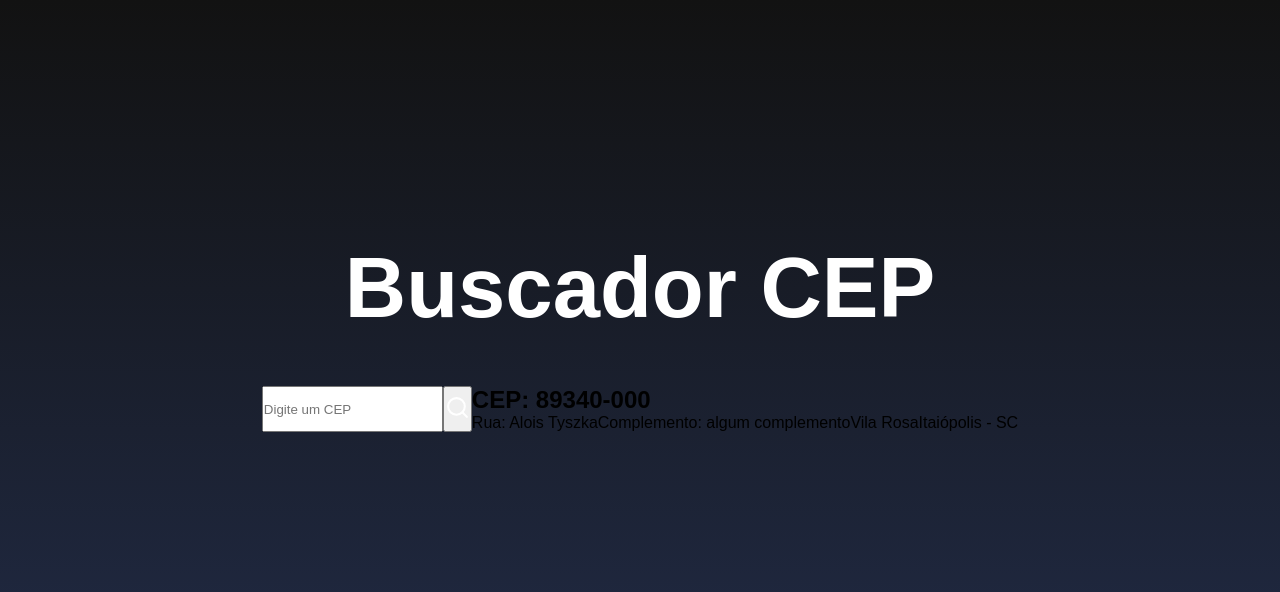
Repository: WelyntonRenan/buscador-cep
Page: / (app in buscador/)
An editor plug-in stored every save of this project. The page is shown before and after the next save, followed by the edit.
The browser window is 1280 px wide. The pictures show the whole page.
The project was rebuilt for these pictures with package versions that can differ from the ones it lists, and the page was loaded fresh each time.

Above is the page before, as saved 2022-11-13 23:44:15.

After the next save:
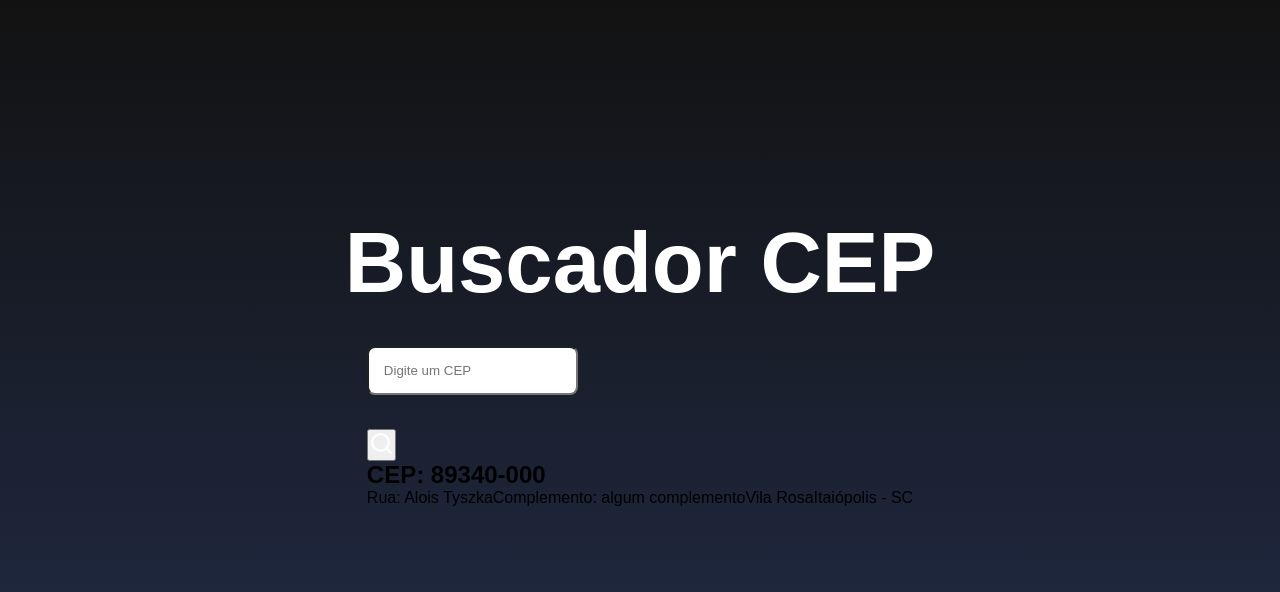
Saved 17 s later.
--- a/buscador/src/styles.css
+++ b/buscador/src/styles.css
@@ -23,7 +23,7 @@
   }
 }
 
-.containerInput {
+.containerInput input {
   background-color: rgba(255, 255, 255, 255, 0.2);
   padding: 15px;
   margin: 34px 0;
